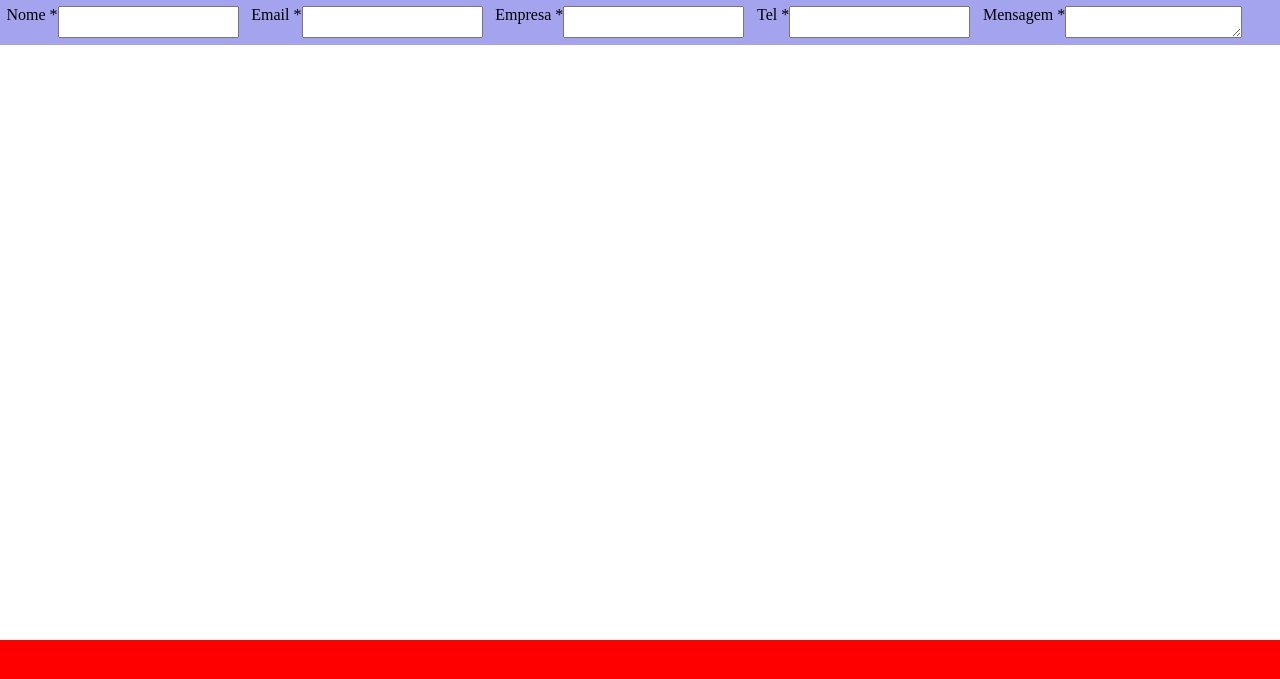
Repository: ecrseer/contatenos-html-js
Page: contatenos.html
The author's editor kept a copy of each file at every save. The page is drawn from the files as they stood at one save, then again after a run of saves.
The browser window is 1280 px wide. The pictures show the whole page.

Above is the page before, as saved 2021-12-27 14:54:34.

After the next 3 saves:
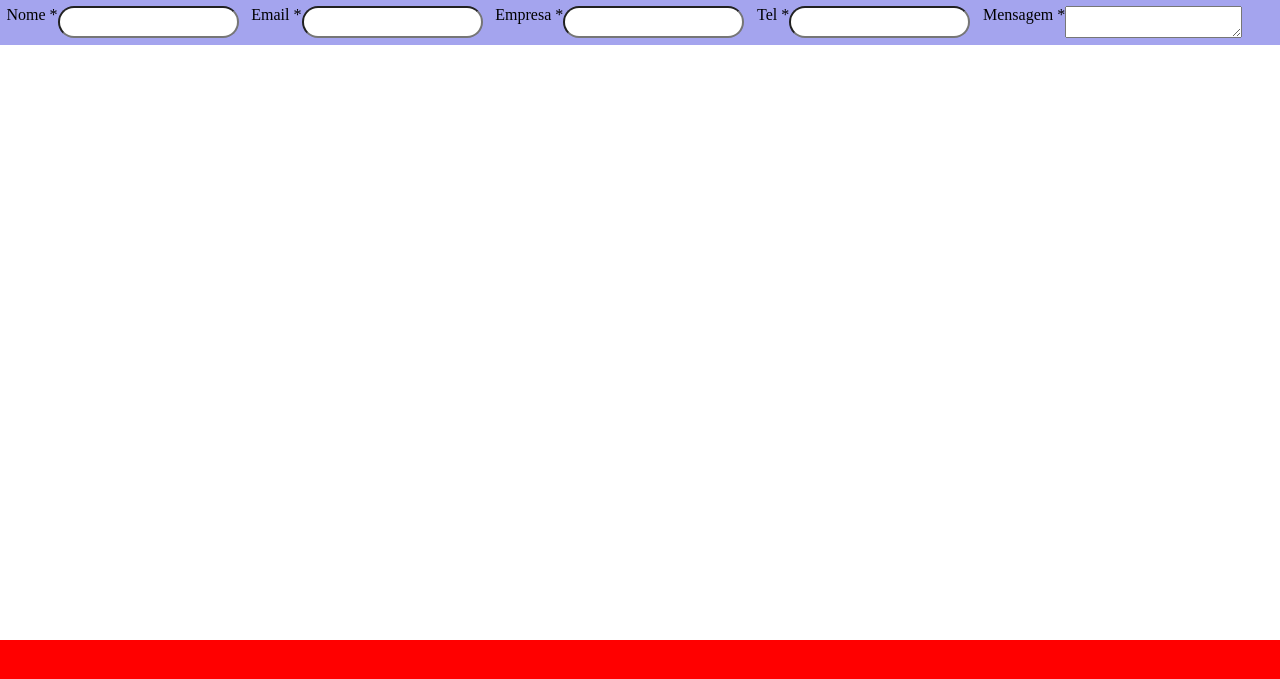
The 3 saves are shown as one change because they came seconds apart.
The last was saved 17 s later.
--- a/contatenos.css
+++ b/contatenos.css
@@ -10,7 +10,9 @@
 .inputdiv{
     display: flex;
     margin: 0.4em;
-
+}
+.inputdiv > input {
+    border-radius: 2em;
 }
 .bottomnav{
     background: red;
